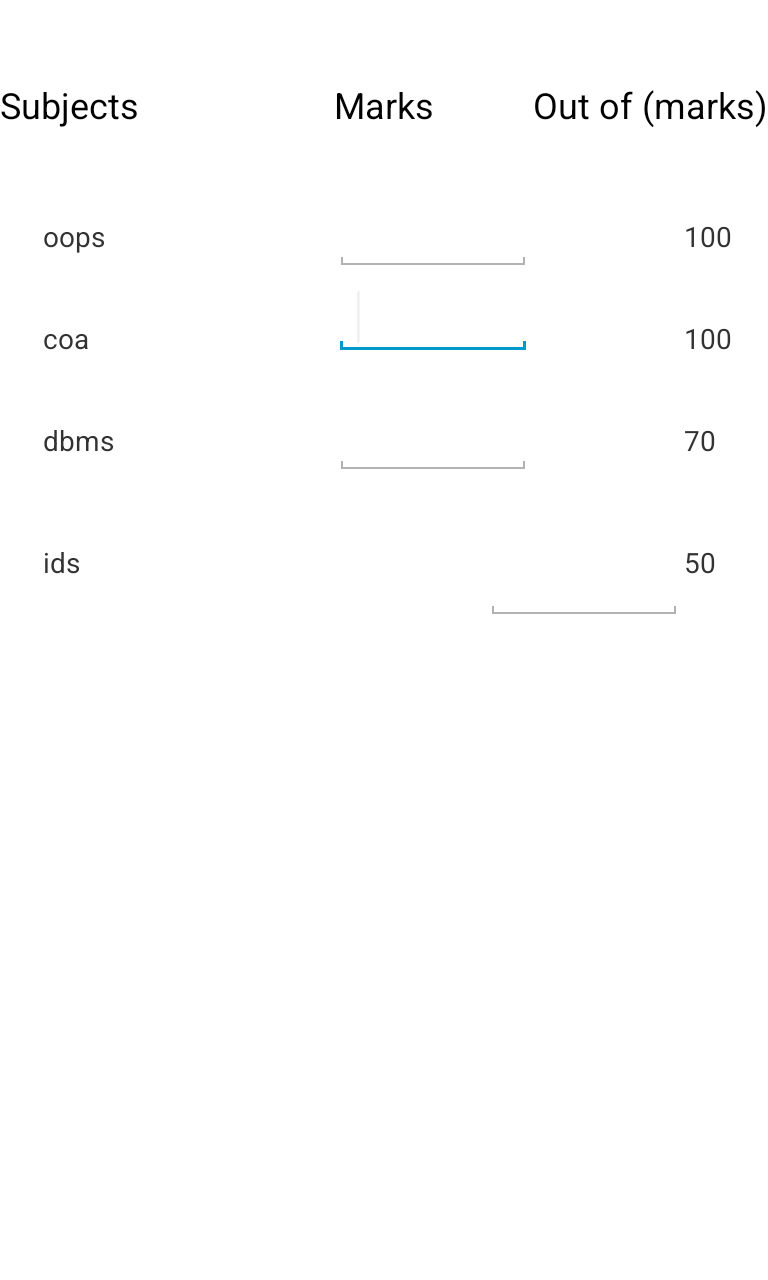
Repository: arjuntheprogrammer/iact
Layout: iact/iact android practice/mywork/ReportCard/res/layout/activity_second.xml
These files come from the project's save history. The layout is drawn as it stood at one moment and after the next save; the edit follows.
It is drawn on a 768 x 1280 px phone screen (xhdpi) without system bars, with theme AppTheme; the app's code is not run.

Above is the layout before, as saved 2015-12-26 10:57:55.

After the next save:
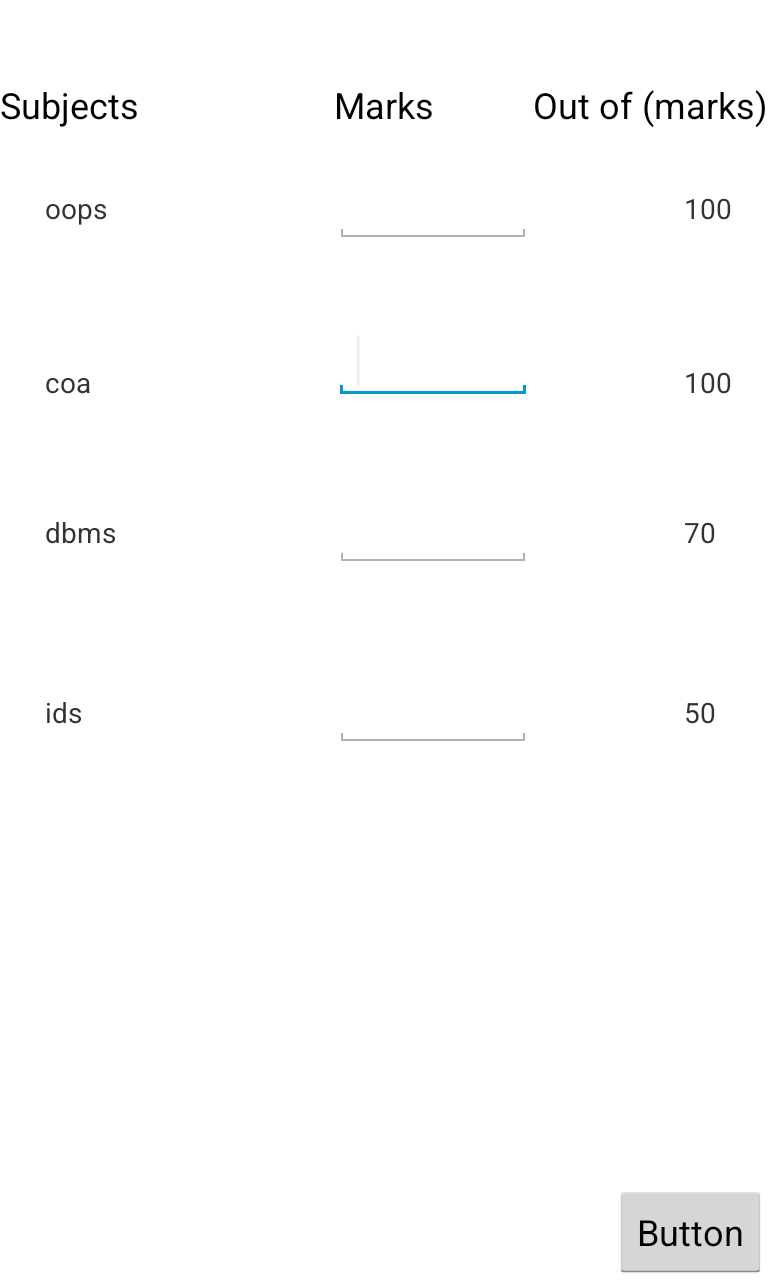
Saved 3 min 2 s later.
--- a/iact/iact android practice/mywork/ReportCard/res/layout/activity_second.xml
+++ b/iact/iact android practice/mywork/ReportCard/res/layout/activity_second.xml
@@ -2,27 +2,6 @@
 <RelativeLayout xmlns:android="http://schemas.android.com/apk/res/android"
     android:layout_width="match_parent"
     android:layout_height="match_parent" >
-
-    <TextView
-        android:id="@+id/textView4"
-        android:layout_width="wrap_content"
-        android:layout_height="wrap_content"
-        android:layout_alignRight="@+id/textView1"
-        android:layout_below="@+id/textView1"
-        android:layout_marginRight="17dp"
-        android:layout_marginTop="44dp"
-        android:text="oops"
-        android:textAppearance="?android:attr/textAppearanceSmall" />
-
-    <TextView
-        android:id="@+id/textView5"
-        android:layout_width="wrap_content"
-        android:layout_height="wrap_content"
-        android:layout_alignLeft="@+id/textView4"
-        android:layout_below="@+id/textView4"
-        android:layout_marginTop="32dp"
-        android:text="coa"
-        android:textAppearance="?android:attr/textAppearanceSmall" />
 
     <TextView
         android:id="@+id/textView8"
@@ -94,15 +73,6 @@
         android:textAppearance="?android:attr/textAppearanceMedium" />
 
     <EditText
-        android:id="@+id/EditText03"
-        android:layout_width="100dp"
-        android:layout_height="wrap_content"
-        android:layout_alignTop="@+id/textView11"
-        android:layout_toLeftOf="@+id/textView11"
-        android:ems="10"
-        android:inputType="phone" />
-
-    <EditText
         android:id="@+id/EditText01"
         android:layout_width="100dp"
         android:layout_height="wrap_content"
@@ -113,26 +83,6 @@
 
         <requestFocus />
     </EditText>
-
-    <TextView
-        android:id="@+id/textView6"
-        android:layout_width="wrap_content"
-        android:layout_height="wrap_content"
-        android:layout_alignLeft="@+id/textView5"
-        android:layout_below="@+id/textView5"
-        android:layout_marginTop="32dp"
-        android:text="dbms"
-        android:textAppearance="?android:attr/textAppearanceSmall" />
-
-    <TextView
-        android:id="@+id/textView7"
-        android:layout_width="wrap_content"
-        android:layout_height="wrap_content"
-        android:layout_alignLeft="@+id/textView6"
-        android:layout_below="@+id/EditText02"
-        android:layout_marginTop="33dp"
-        android:text="ids"
-        android:textAppearance="?android:attr/textAppearanceSmall" />
 
     <EditText
         android:id="@+id/EditText02"
@@ -154,4 +104,63 @@
         android:ems="10"
         android:inputType="phone" />
 
+    <EditText
+        android:id="@+id/EditText03"
+        android:layout_width="100dp"
+        android:layout_height="wrap_content"
+        android:layout_alignBaseline="@+id/textView7"
+        android:layout_alignBottom="@+id/textView7"
+        android:layout_alignLeft="@+id/EditText02"
+        android:ems="10"
+        android:inputType="phone" />
+
+    <Button
+        android:id="@+id/button1"
+        android:layout_width="wrap_content"
+        android:layout_height="wrap_content"
+        android:layout_alignParentBottom="true"
+        android:layout_alignParentRight="true"
+        android:text="Button" />
+
+    <TextView
+        android:id="@+id/textView4"
+        android:layout_width="wrap_content"
+        android:layout_height="wrap_content"
+        android:layout_alignRight="@+id/textView1"
+        android:layout_below="@+id/textView1"
+        android:layout_marginRight="16dp"
+        android:layout_marginTop="30dp"
+        android:text="oops"
+        android:textAppearance="?android:attr/textAppearanceSmall" />
+
+    <TextView
+        android:id="@+id/textView5"
+        android:layout_width="wrap_content"
+        android:layout_height="wrap_content"
+        android:layout_alignLeft="@+id/textView4"
+        android:layout_below="@+id/editText1"
+        android:layout_marginTop="59dp"
+        android:text="coa"
+        android:textAppearance="?android:attr/textAppearanceSmall" />
+
+    <TextView
+        android:id="@+id/textView6"
+        android:layout_width="wrap_content"
+        android:layout_height="wrap_content"
+        android:layout_alignLeft="@+id/textView5"
+        android:layout_below="@+id/textView5"
+        android:layout_marginTop="56dp"
+        android:text="dbms"
+        android:textAppearance="?android:attr/textAppearanceSmall" />
+
+    <TextView
+        android:id="@+id/textView7"
+        android:layout_width="wrap_content"
+        android:layout_height="wrap_content"
+        android:layout_alignLeft="@+id/textView6"
+        android:layout_below="@+id/EditText02"
+        android:layout_marginTop="62dp"
+        android:text="ids"
+        android:textAppearance="?android:attr/textAppearanceSmall" />
+
 </RelativeLayout>
